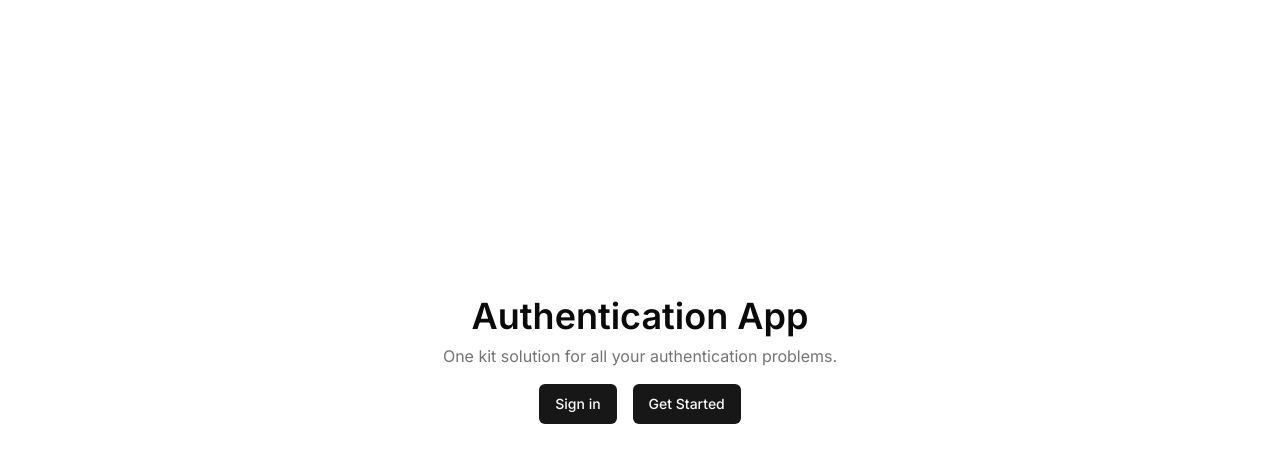
Repository: nickgoel31/authentication-toolkit
Page: /
An editor plug-in stored every save of this project. The page is shown before and after the next save, followed by the edit.
The browser window is 1280 px wide. The pictures show the whole page.
The project was rebuilt for these pictures with package versions that can differ from the ones it lists, and the page was loaded fresh each time. The framework's server and built-in components were replaced by stand-ins that run in the browser. Also part of the build but not shown: next.config.mjs.

Above is the page before, as saved 2024-02-04 13:08:06.

### app/layout.tsx
import type { Metadata } from "next";
import { Inter } from "next/font/google";
import "./globals.css";
import { ThemeProvider } from "@/providers/theme-provider";

const inter = Inter({ subsets: ["latin"] });

export const metadata: Metadata = {
  title: "Authentication App",
  description: "Generated by create next app",
};

export default function RootLayout({
  children,
}: Readonly<{
  children: React.ReactNode;
}>) {
  return (
    <html lang="en">
      <body className={inter.className}>
      <ThemeProvider
        attribute="class"
        defaultTheme="system"
        enableSystem
        disableTransitionOnChange
        >
        {children}

      </ThemeProvider>
      </body>
    </html>
  );
}

### app/(landing)/layout.tsx
import React from 'react'

const HomeLayout = ({children} : {children:React.ReactNode}) => {
  return (
    <div className='h-full flex flex-col items-center justify-center'>
        {children}
    </div>
  )
}

export default HomeLayout

### app/(landing)/page.tsx
import { Button } from "@/components/ui/button";
import Image from "next/image";
import Link from "next/link";

export default function Home() {
  return (
    <div className="flex flex-col space-y-2 items-center justify-center">
      <h1 className="font-semibold text-4xl">Authentication App</h1>
      <p className="text-muted-foreground text-medium">One kit solution for all your authentication problems.</p>

      <div className="flex items-center gap-4 pt-2">
        <Button><Link href={'/sign-in'}>Sign in</Link></Button>
        <Button><Link href={'/sign-up'}>Get Started</Link></Button>

      </div>
    </div>
  );
}

### app/globals.css
@tailwind base;
@tailwind components;
@tailwind utilities;

html,body{
  height: 100%;
}

@layer base {
  :root {
    --background: 0 0% 100%;
    --foreground: 0 0% 3.9%;

    --card: 0 0% 100%;
    --card-foreground: 0 0% 3.9%;

    --popover: 0 0% 100%;
    --popover-foreground: 0 0% 3.9%;

    --primary: 0 0% 9%;
    --primary-foreground: 0 0% 98%;

    --secondary: 0 0% 96.1%;
    --secondary-foreground: 0 0% 9%;

    --muted: 0 0% 96.1%;
    --muted-foreground: 0 0% 45.1%;

    --accent: 0 0% 96.1%;
    --accent-foreground: 0 0% 9%;

    --destructive: 0 84.2% 60.2%;
    --destructive-foreground: 0 0% 98%;

    --border: 0 0% 89.8%;
    --input: 0 0% 89.8%;
    --ring: 0 0% 3.9%;

    --radius: 0.5rem;
  }

  .dark {
    --background: 0 0% 3.9%;
    --foreground: 0 0% 98%;

    --card: 0 0% 3.9%;
    --card-foreground: 0 0% 98%;

    --popover: 0 0% 3.9%;
    --popover-foreground: 0 0% 98%;

    --primary: 0 0% 98%;
    --primary-foreground: 0 0% 9%;

    --secondary: 0 0% 14.9%;
    --secondary-foreground: 0 0% 98%;

    --muted: 0 0% 14.9%;
    --muted-foreground: 0 0% 63.9%;

    --accent: 0 0% 14.9%;
    --accent-foreground: 0 0% 98%;

    --destructive: 0 62.8% 30.6%;
    --destructive-foreground: 0 0% 98%;

    --border: 0 0% 14.9%;
    --input: 0 0% 14.9%;
    --ring: 0 0% 83.1%;
  }
}

@layer base {
  * {
    @apply border-border;
  }
  body {
    @apply bg-background text-foreground;
  }
}

### components/ui/button.tsx
import * as React from "react"
import { Slot } from "@radix-ui/react-slot"
import { cva, type VariantProps } from "class-variance-authority"

import { cn } from "@/lib/utils"

const buttonVariants = cva(
  "inline-flex items-center justify-center whitespace-nowrap rounded-md text-sm font-medium ring-offset-background transition-colors focus-visible:outline-none focus-visible:ring-2 focus-visible:ring-ring focus-visible:ring-offset-2 disabled:pointer-events-none disabled:opacity-50",
  {
    variants: {
      variant: {
        default: "bg-primary text-primary-foreground hover:bg-primary/90",
        destructive:
          "bg-destructive text-destructive-foreground hover:bg-destructive/90",
        outline:
          "border border-input bg-background hover:bg-accent hover:text-accent-foreground",
        secondary:
          "bg-secondary text-secondary-foreground hover:bg-secondary/80",
        ghost: "hover:bg-accent hover:text-accent-foreground",
        link: "text-primary underline-offset-4 hover:underline",
      },
      size: {
        default: "h-10 px-4 py-2",
        sm: "h-9 rounded-md px-3",
        lg: "h-11 rounded-md px-8",
        icon: "h-10 w-10",
      },
    },
    defaultVariants: {
      variant: "default",
      size: "default",
    },
  }
)

export interface ButtonProps
  extends React.ButtonHTMLAttributes<HTMLButtonElement>,
    VariantProps<typeof buttonVariants> {
  asChild?: boolean
}

const Button = React.forwardRef<HTMLButtonElement, ButtonProps>(
  ({ className, variant, size, asChild = false, ...props }, ref) => {
    const Comp = asChild ? Slot : "button"
    return (
      <Comp
        className={cn(buttonVariants({ variant, size, className }))}
        ref={ref}
        {...props}
      />
    )
  }
)
Button.displayName = "Button"

export { Button, buttonVariants }

### components/mode-toggle.tsx
"use client"

import * as React from "react"
import { Moon, Sun } from "lucide-react"
import { useTheme } from "next-themes"

import { Button } from "@/components/ui/button"
import {
  DropdownMenu,
  DropdownMenuContent,
  DropdownMenuItem,
  DropdownMenuTrigger,
} from "@/components/ui/dropdown-menu"

export function ModeToggle() {
  const { setTheme } = useTheme()

  return (
    <DropdownMenu>
      <DropdownMenuTrigger asChild>
        <Button variant="outline" size="icon">
          <Sun className="h-[1.2rem] w-[1.2rem] rotate-0 scale-100 transition-all dark:-rotate-90 dark:scale-0" />
          <Moon className="absolute h-[1.2rem] w-[1.2rem] rotate-90 scale-0 transition-all dark:rotate-0 dark:scale-100" />
          <span className="sr-only">Toggle theme</span>
        </Button>
      </DropdownMenuTrigger>
      <DropdownMenuContent align="end">
        <DropdownMenuItem onClick={() => setTheme("light")}>
          Light
        </DropdownMenuItem>
        <DropdownMenuItem onClick={() => setTheme("dark")}>
          Dark
        </DropdownMenuItem>
        <DropdownMenuItem onClick={() => setTheme("system")}>
          System
        </DropdownMenuItem>
      </DropdownMenuContent>
    </DropdownMenu>
  )
}

### components/ui/dropdown-menu.tsx
"use client"

import * as React from "react"
import * as DropdownMenuPrimitive from "@radix-ui/react-dropdown-menu"
import { Check, ChevronRight, Circle } from "lucide-react"

import { cn } from "@/lib/utils"

const DropdownMenu = DropdownMenuPrimitive.Root

const DropdownMenuTrigger = DropdownMenuPrimitive.Trigger

const DropdownMenuGroup = DropdownMenuPrimitive.Group

const DropdownMenuPortal = DropdownMenuPrimitive.Portal

const DropdownMenuSub = DropdownMenuPrimitive.Sub

const DropdownMenuRadioGroup = DropdownMenuPrimitive.RadioGroup

const DropdownMenuSubTrigger = React.forwardRef<
  React.ElementRef<typeof DropdownMenuPrimitive.SubTrigger>,
  React.ComponentPropsWithoutRef<typeof DropdownMenuPrimitive.SubTrigger> & {
    inset?: boolean
  }
>(({ className, inset, children, ...props }, ref) => (
  <DropdownMenuPrimitive.SubTrigger
    ref={ref}
    className={cn(
      "flex cursor-default select-none items-center rounded-sm px-2 py-1.5 text-sm outline-none focus:bg-accent data-[state=open]:bg-accent",
      inset && "pl-8",
      className
    )}
    {...props}
  >
    {children}
    <ChevronRight className="ml-auto h-4 w-4" />
  </DropdownMenuPrimitive.SubTrigger>
))
DropdownMenuSubTrigger.displayName =
  DropdownMenuPrimitive.SubTrigger.displayName

const DropdownMenuSubContent = React.forwardRef<
  React.ElementRef<typeof DropdownMenuPrimitive.SubContent>,
  React.ComponentPropsWithoutRef<typeof DropdownMenuPrimitive.SubContent>
>(({ className, ...props }, ref) => (
  <DropdownMenuPrimitive.SubContent
    ref={ref}
    className={cn(
      "z-50 min-w-[8rem] overflow-hidden rounded-md border bg-popover p-1 text-popover-foreground shadow-lg data-[state=open]:animate-in data-[state=closed]:animate-out data-[state=closed]:fade-out-0 data-[state=open]:fade-in-0 data-[state=closed]:zoom-out-95 data-[state=open]:zoom-in-95 data-[side=bottom]:slide-in-from-top-2 data-[side=left]:slide-in-from-right-2 data-[side=right]:slide-in-from-left-2 data-[side=top]:slide-in-from-bottom-2",
      className
    )}
    {...props}
  />
))
DropdownMenuSubContent.displayName =
  DropdownMenuPrimitive.SubContent.displayName

const DropdownMenuContent = React.forwardRef<
  React.ElementRef<typeof DropdownMenuPrimitive.Content>,
  React.ComponentPropsWithoutRef<typeof DropdownMenuPrimitive.Content>
>(({ className, sideOffset = 4, ...props }, ref) => (
  <DropdownMenuPrimitive.Portal>
    <DropdownMenuPrimitive.Content
      ref={ref}
      sideOffset={sideOffset}
      className={cn(
        "z-50 min-w-[8rem] overflow-hidden rounded-md border bg-popover p-1 text-popover-foreground shadow-md data-[state=open]:animate-in data-[state=closed]:animate-out data-[state=closed]:fade-out-0 data-[state=open]:fade-in-0 data-[state=closed]:zoom-out-95 data-[state=open]:zoom-in-95 data-[side=bottom]:slide-in-from-top-2 data-[side=left]:slide-in-from-right-2 data-[side=right]:slide-in-from-left-2 data-[side=top]:slide-in-from-bottom-2",
        className
      )}
      {...props}
    />
  </DropdownMenuPrimitive.Portal>
))
DropdownMenuContent.displayName = DropdownMenuPrimitive.Content.displayName

const DropdownMenuItem = React.forwardRef<
  React.ElementRef<typeof DropdownMenuPrimitive.Item>,
  React.ComponentPropsWithoutRef<typeof DropdownMenuPrimitive.Item> & {
    inset?: boolean
  }
>(({ className, inset, ...props }, ref) => (
  <DropdownMenuPrimitive.Item
    ref={ref}
    className={cn(
      "relative flex cursor-default select-none items-center rounded-sm px-2 py-1.5 text-sm outline-none transition-colors focus:bg-accent focus:text-accent-foreground data-[disabled]:pointer-events-none data-[disabled]:opacity-50",
      inset && "pl-8",
      className
    )}
    {...props}
  />
))
DropdownMenuItem.displayName = DropdownMenuPrimitive.Item.displayName

const DropdownMenuCheckboxItem = React.forwardRef<
  React.ElementRef<typeof DropdownMenuPrimitive.CheckboxItem>,
  React.ComponentPropsWithoutRef<typeof DropdownMenuPrimitive.CheckboxItem>
>(({ className, children, checked, ...props }, ref) => (
  <DropdownMenuPrimitive.CheckboxItem
    ref={ref}
    className={cn(
      "relative flex cursor-default select-none items-center rounded-sm py-1.5 pl-8 pr-2 text-sm outline-none transition-colors focus:bg-accent focus:text-accent-foreground data-[disabled]:pointer-events-none data-[disabled]:opacity-50",
      className
    )}
    checked={checked}
    {...props}
  >
    <span className="absolute left-2 flex h-3.5 w-3.5 items-center justify-center">
      <DropdownMenuPrimitive.ItemIndicator>
        <Check className="h-4 w-4" />
      </DropdownMenuPrimitive.ItemIndicator>
    </span>
    {children}
  </DropdownMenuPrimitive.CheckboxItem>
))
DropdownMenuCheckboxItem.displayName =
  DropdownMenuPrimitive.CheckboxItem.displayName

const DropdownMenuRadioItem = React.forwardRef<
  React.ElementRef<typeof DropdownMenuPrimitive.RadioItem>,
  React.ComponentPropsWithoutRef<typeof DropdownMenuPrimitive.RadioItem>
>(({ className, children, ...props }, ref) => (
  <DropdownMenuPrimitive.RadioItem
    ref={ref}
    className={cn(
      "relative flex cursor-default select-none items-center rounded-sm py-1.5 pl-8 pr-2 text-sm outline-none transition-colors focus:bg-accent focus:text-accent-foreground data-[disabled]:pointer-events-none data-[disabled]:opacity-50",
      className
    )}
    {...props}
  >
    <span className="absolute left-2 flex h-3.5 w-3.5 items-center justify-center">
      <DropdownMenuPrimitive.ItemIndicator>
        <Circle className="h-2 w-2 fill-current" />
      </DropdownMenuPrimitive.ItemIndicator>
    </span>
    {children}
  </DropdownMenuPrimitive.RadioItem>
))
DropdownMenuRadioItem.displayName = DropdownMenuPrimitive.RadioItem.displayName

const DropdownMenuLabel = React.forwardRef<
  React.ElementRef<typeof DropdownMenuPrimitive.Label>,
  React.ComponentPropsWithoutRef<typeof DropdownMenuPrimitive.Label> & {
    inset?: boolean
  }
>(({ className, inset, ...props }, ref) => (
  <DropdownMenuPrimitive.Label
    ref={ref}
    className={cn(
      "px-2 py-1.5 text-sm font-semibold",
      inset && "pl-8",
      className
    )}
    {...props}
  />
))
DropdownMenuLabel.displayName = DropdownMenuPrimitive.Label.displayName

const DropdownMenuSeparator = React.forwardRef<
  React.ElementRef<typeof DropdownMenuPrimitive.Separator>,
  React.ComponentPropsWithoutRef<typeof DropdownMenuPrimitive.Separator>
>(({ className, ...props }, ref) => (
  <DropdownMenuPrimitive.Separator
    ref={ref}
    className={cn("-mx-1 my-1 h-px bg-muted", className)}
    {...props}
  />
))
DropdownMenuSeparator.displayName = DropdownMenuPrimitive.Separator.displayName

const DropdownMenuShortcut = ({
  className,
  ...props
}: React.HTMLAttributes<HTMLSpanElement>) => {
  return (
    <span
      className={cn("ml-auto text-xs tracking-widest opacity-60", className)}
      {...props}
    />
  )
}
DropdownMenuShortcut.displayName = "DropdownMenuShortcut"

export {
  DropdownMenu,
  DropdownMenuTrigger,
  DropdownMenuContent,
  DropdownMenuItem,
  DropdownMenuCheckboxItem,
  DropdownMenuRadioItem,
  DropdownMenuLabel,
  DropdownMenuSeparator,
  DropdownMenuShortcut,
  DropdownMenuGroup,
  DropdownMenuPortal,
  DropdownMenuSub,
  DropdownMenuSubContent,
  DropdownMenuSubTrigger,
  DropdownMenuRadioGroup,
}

Loaded but not shown: providers/theme-provider.tsx (common file); lib/utils.ts (common file); tailwind.config.ts (common file)

After the next save:
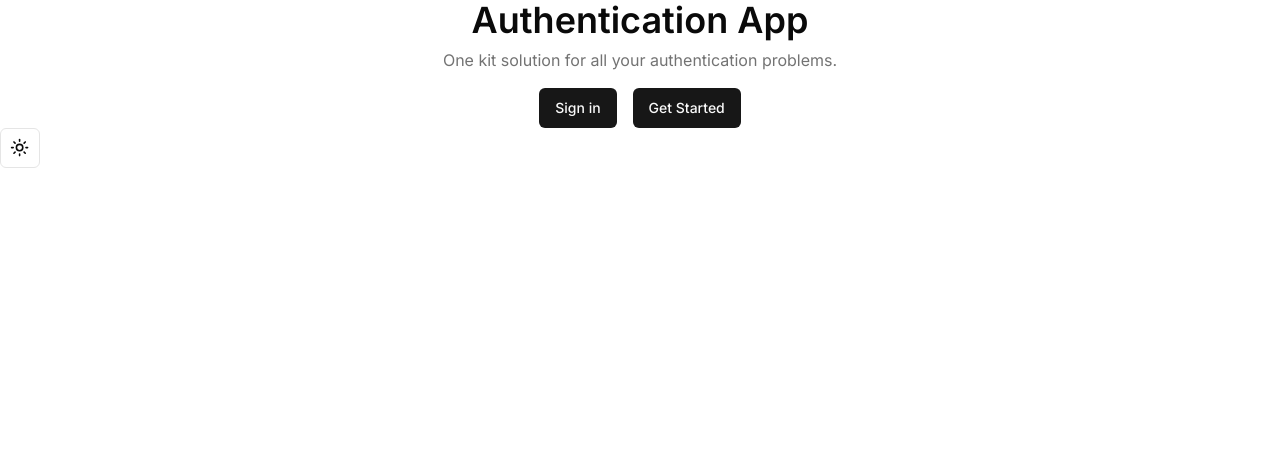
Saved 43 s later.
--- a/app/layout.tsx
+++ b/app/layout.tsx
@@ -2,6 +2,7 @@ import type { Metadata } from "next";
 import { Inter } from "next/font/google";
 import "./globals.css";
 import { ThemeProvider } from "@/providers/theme-provider";
+import { ModeToggle } from "@/components/mode-toggle";
 
 const inter = Inter({ subsets: ["latin"] });
 
@@ -24,7 +25,10 @@ export default function RootLayout({
         enableSystem
         disableTransitionOnChange
         >
-        {children}
+        <div className="relative">
+          {children}
+          <ModeToggle />
+        </div>
 
       </ThemeProvider>
       </body>
